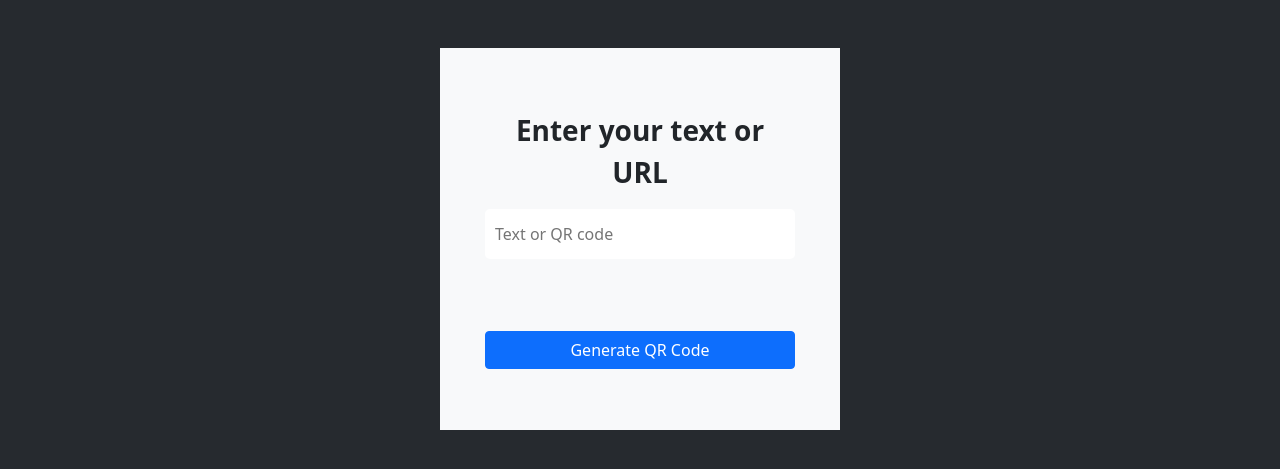
Repository: zeinawady/Qr-Code-Generator-App
Page: index.html
An editor plug-in stored every save of this project. The page is shown before and after a run of saves, followed by the edit.
The browser window is 1280 px wide. The pictures show the whole page.

Above is the page before, as saved 2024-10-30 00:43:47.

After the next 3 saves:
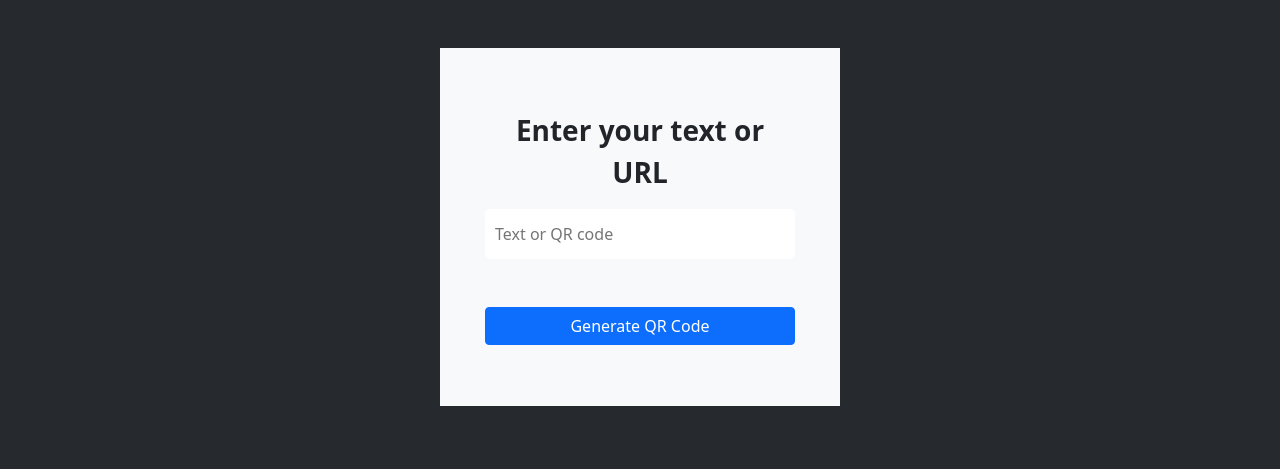
The 3 saves are shown as one change because they came seconds apart.
The last was saved 7 s later.
--- a/css/style.css
+++ b/css/style.css
@@ -15,5 +15,6 @@ input{
 }
 #imgBox{
     max-width: 200px;
-    bor
+    border-radius: 5px;
+    max-height: 0;
 }
